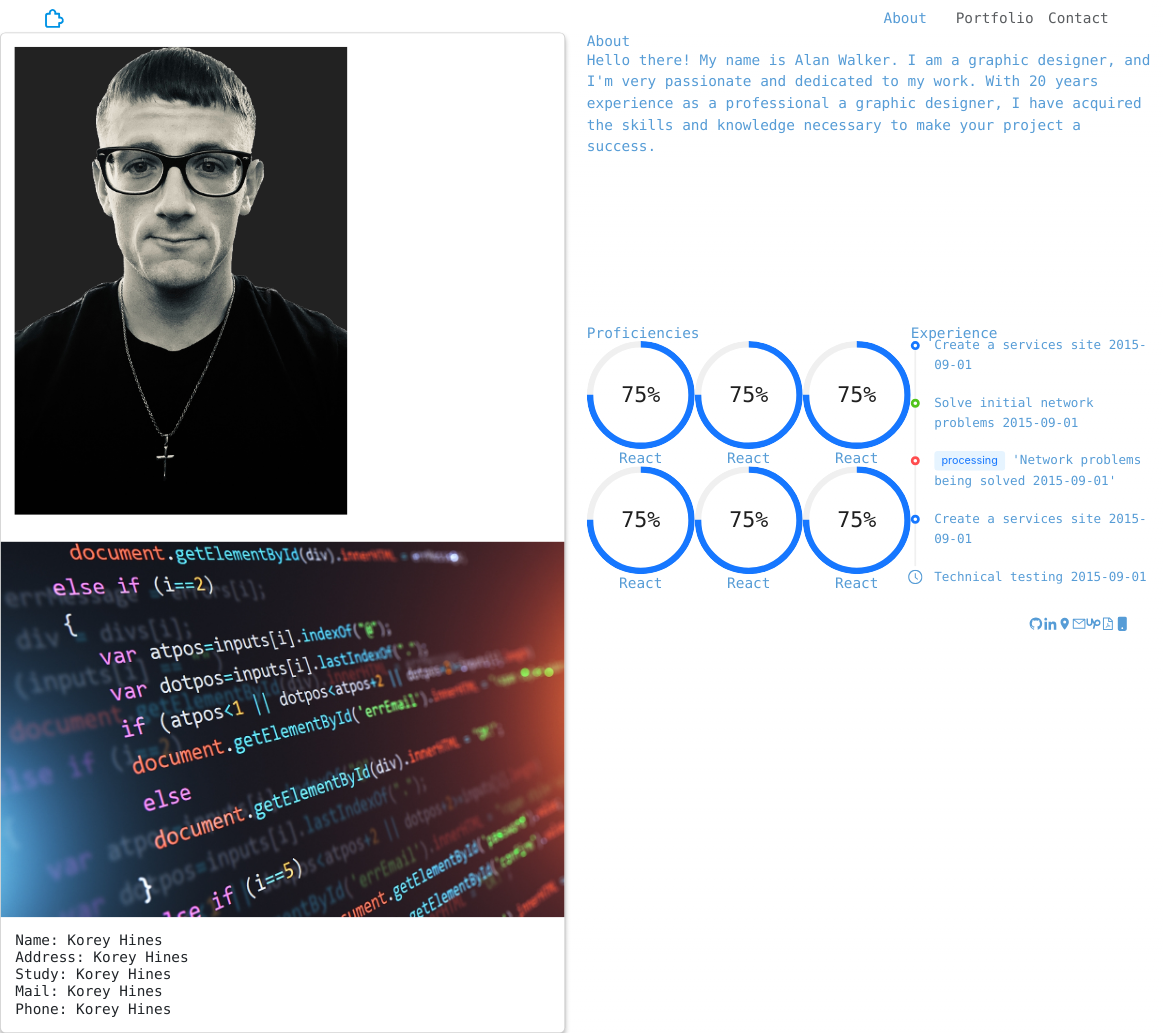
Repository: devkthines/next-portfolio-v2
Page: /about
The author's editor kept a copy of each file at every save. The page is drawn from the files as they stood at one save, then again after the next save.
The browser window is 1280 px wide. The page is 1292 px wide, so the pictures cover 1292 px, including what lies to the right of the window. The pictures show the whole page, at 90% of full size.
The project was rebuilt for these pictures with package versions that can differ from the ones it lists, and the page was loaded fresh each time. The framework's server and built-in components were replaced by stand-ins that run in the browser. Also part of the build but not shown: next.config.js.

Above is the page before, as saved 2023-09-25 21:25:48.

### src/app/layout.tsx
import 'bootstrap/dist/css/bootstrap.css';
import './globals.css'
import '../../css/style.css'
import '../../css/mobile.css'
import type { Metadata } from 'next'
import { Inter } from 'next/font/google'
import TopNav from './components/topNav'
import Footer from './components/footer'
import BottomNav from './components/bottomNav'
// Put any other imports below so that CSS from your
// components takes precedence over default styles.
const inter = Inter({ subsets: ['latin'] })

export const metadata: Metadata = {
  title: "&lt;Korey ❤️ Coding/&gt;",
  description: 'Generated by create next app',
  icons: '/puzzle-piece.svg'
}

export default function RootLayout({
  children,
}: {
  children: React.ReactNode
}) {
  return (
    <html lang="en">
      <head>
        <link rel="shortcut icon" href="/puzzle-piece.svg" type="image/x-icon" />
      </head>
      <body className={inter.className}>
        <TopNav />
        {children}
        <Footer />
        <BottomNav />
      </body>
    </html>
  )
}

### src/app/about/page.js
'use client'
import Container from 'react-bootstrap/Container';
import Row from 'react-bootstrap/Row';
import Col from 'react-bootstrap/Col';
import Button from 'react-bootstrap/Button';
import Card from 'react-bootstrap/Card';
import { Progress, Space } from 'antd';
import { ClockCircleOutlined } from '@ant-design/icons';
import { Timeline } from 'antd';
import Image from 'next/image';
import { Descriptions } from 'antd';
import { Divider, Tag } from 'antd'
import {CaretRightOutlined} from '@ant-design/icons'
const items = [
  {
    key: '1',
    label: 'Name',
    children: 'Zhou Maomao',
  },
  {
    key: '2',
    label: 'Telephone',
    children: '209-366-9363',
  },
  {
    key: '3',
    label: 'Study',
    children: 'Software Engineering',
  },
  {
    key: '4',
    label: 'email',
    children: 'dev.kthines@gmail.com',
  },
  {
    key: '5',
    label: 'Address',
    children: 'Lodi, CA',
  },
];




export default function About() {

  return (
    <div id='about'>
      {/* <div> */}
        <Row>
          <Col id=''>
            <Card id='aboutcard'>
            <div><Card.Img variant="top" id='aboutImg' src='/images/IMG-update.jpg' />
            <img src="/images/webstorm-vs-vscode.jpeg" alt="" /></div>
            <Card.Body>
              <h6>Name:  Korey Hines</h6>
              <h6>Address:  Korey Hines</h6>
              <h6>Study:  Korey Hines</h6>
              <h6>Mail:  Korey Hines</h6>
              <h6>Phone:  Korey Hines</h6>
            </Card.Body>
          </Card>
          </Col>
          <Col id='' className=''>
            <div id='abtTop' className='d-flex '><div>
              <h1>About</h1>
              <p>Hello there! My name is Alan Walker. I am
                a graphic designer, and I'm very passionate and dedicated to my work.
                With 20 years experience as a professional a graphic designer,
                I have acquired the skills and knowledge necessary to make your project a success.</p></div>
              <div className='d-flex'>
                {/* <Card className='interests'>
                  <Card.Img variant="top" className='interestImg' src='/images/IMG-update.jpg' />
                  <Card.Body>
                    <Card.Text>
                      Volunteering
                    </Card.Text>
                  </Card.Body>
                </Card>
                <Card className='interests' >
                  <Card.Img variant="top" className='interestImg' src='/images/IMG-update.jpg' />
                  <Card.Body>
                    <Card.Text>
                      All things CrossFit
                    </Card.Text>
                  </Card.Body>
                </Card> */}
              </div>
            </div>
            <div id='abtBtm' className='d-flex'>
            <div>
              <h1>Proficiencies</h1>
              <div className='d-flex'>
                <div className='text-center'><Progress strokeLinecap="butt" type="circle" percent={75} /><h6>React</h6></div>
                <div className='text-center'><Progress strokeLinecap="butt" type="circle" percent={75} /><h6>React</h6></div>
                <div className='text-center'><Progress strokeLinecap="butt" type="circle" percent={75} /><h6>React</h6></div>
              </div>
              <div className='d-flex'>
                <div className='text-center'><Progress strokeLinecap="butt" type="circle" percent={75} /><h6>React</h6></div>
                <div className='text-center'><Progress strokeLinecap="butt" type="circle" percent={75} /><h6>React</h6></div>
                <div className='text-center'><Progress strokeLinecap="butt" type="circle" percent={75} /><h6>React</h6></div>
              </div>
            </div>
            <div> <h1>Experience</h1>
              <Timeline
                // mode="alternate"
                items={[
                  {
                    children: 'Create a services site 2015-09-01',
                  },
                  {
                    children: 'Solve initial network problems 2015-09-01',
                    color: 'green',
                  },
                  {
                    color: 'red',
                    children: <><Tag bordered={false} color="processing">
                      processing
                    </Tag>'Network problems being solved 2015-09-01'</>,
                  },
                  {
                    children: 'Create a services site 2015-09-01',
                  },
                  {
                    dot: <ClockCircleOutlined style={{ fontSize: '16px' }} />,
                    children: 'Technical testing 2015-09-01',
                  },
                ]}
              />
            </div>
            </div>
          </Col>
        </Row>
      {/* </div> */}
    </div>
  )
}

### css/style.css
* {
    box-sizing: border-box;
    margin: 0;
    padding: 0;
    font-family: Consolas, "Courier New", monospace;
    /* background-color: #222222; */
    color: #569cd6;

}

body {
    background-color: white;
}

.infoSection {
    /* width: 80vw; */
    height: 90vh;
    /* display: flex; */
    /* justify-content: center; */
    /* margin-bottom: 20vh; */
    background-color: #222222;
    border-bottom: 3px solid #569cd6;
}

#infoCol {
    display: flex;
    justify-content: center;
}

.aboutSection {
    /* width: 80vw; */
    padding-top: 100px;
    /* height: 70vh; */
    background: linear-gradient(#222222, rgb(24, 24, 24));
}

#portrait {
    width: 40vw;
    height: 80vh;
    /* border-radius: 0 0 2rem 2rem; */
}

#portraitCol {
    display: flex;
    justify-content: center;
}

#portrait:hover {
    transform: rotateX(180deg);
}

.imgTest {
    margin: 10px;
}

.imgTest:active {
    flex-grow: 10000;
    transform: scale(1);

    max-width: 600px;
    margin: 0px;
    border-radius: 40px;

    background-size: auto 100%;
}

.tab-content {
    height: 100% !important;
    margin-left: 25% !important;
}

/* .color-change{
    background-color: greenyellow;
} */
.noShow {
    display: none;
}

.buttonShow {
    display: block;
}

#tile1 {
    width: 700px;
    height: 500px;
}

#experience {
    padding-top: 50px;
    height: auto;
}

main {
    display: flex;
    flex-direction: column;
    justify-content: center;
    align-items: center;
}

.middle {
    transition: .5s ease;
    opacity: 0;
    position: absolute;
    top: 50%;
    left: 50%;
    transform: translate(-50%, -50%);
    -ms-transform: translate(-50%, -50%);
    text-align: center;
}

#imageTile1 {
    position: relative;
    width: 40vw;
    height: 70vh;
}

#tile1 {
    width: 100%;
    height: 100%;
}

#imageTile1:hover #tile1 {
    opacity: 0.3;
}

#imageTile1:hover .middle {
    opacity: 1;
}

.text {
    background-color: #04AA6D;
    color: white;
    font-size: 16px;
    padding: 16px 32px;
}

#no-expand {
    display: none;

}

#expandIt {
    display: block;
}

.no-Display {
    display: none;
}

.okToDisplay {
    display: block;
}

a.nav-link {
    color: #569cd6;
}


#topNav {
    background-color: white;
    display: none;
    /* position: fixed; */
    /* top: 0; */
    width: 100%;
    height: 5vh;
}

#footer {
    display: flex;
    justify-content: space-between;
    padding: 0 25px;
}

#bottomNav {
    display: flex;
    position: fixed;
    bottom: 0;
    width: 100%;
    background-color: white;
    font-size: 16px;
}
#about{
    /* margin-top: 10vh; */
    height: 90vh;
    /* overflow: hidden; */
}

#aboutImg{
    width: 400px;
    /* height: ; */
    padding: 15px 15px 30px;
}
#aboutcard{
    box-shadow: 0 4px 6px rgba(0, 0, 0, .3);
    /* height: fit-content; */
    /* width: 400px; */

}
.interests{
    width: 200px;
    height: 300px;
}
.interestImg{
    width: 200px;
    height: 200px;
}
#abtTop{
    height: 45vh;
}
#abtBtm{
    height: 45vh;
}
#abtLeft{
    /* width: 25vw; */
}
#abtRight{
    /* width: 75vw; */
}

### css/mobile.css
@media screen and (min-width: 640px){

    /* background-color: green!important; */
    #portrait{
        width: 500px;
        height: 500px;
        /* border-radius: 0 0 2rem 2rem; */

    }

main{
    /* color: white!important; */
}
}
@media screen and (min-width: 768px){
#portraitCol{

    justify-content: start;
}
#infoCol{
    justify-content: end;
    /* text-align: end; */
}
}
@media screen and (min-width: 1024px){
    #portrait{
        width: 600px;
        height: 600px;
        /* border-radius: 0 0 2rem 2rem; */
    }
    #topNav{
        display:flex ;
    }
    #bottomNav{
        display: none;
    }
}
@media screen and (min-width: 1280px){

}
@media screen and (min-width: 1536px){

}

### src/app/components/topNav.js
'use client';
import Nav from 'react-bootstrap/Nav';
import Image from 'next/image';


export default function TopNav(){

    return(
        <header>
        {/* <Navbar id='topNav' className={`${color ? 'color-change' : ''}`} sticky='top' expand="lg" > */}

        <Nav id='topNav' variant="underline" defaultActiveKey="/home" className='d-flex justify-content-between'>
       <div className='ms-5'><Nav.Item>
          <Nav.Link href="/"><Image width={25} height={25} id='navbrand' src="/puzzle-piece.svg" alt="" /></Nav.Link>
        </Nav.Item></div>
        <div className='d-flex me-5'><Nav.Item className='px-3'>
          <Nav.Link href="/about">About</Nav.Link>
        </Nav.Item>
        <Nav.Item className='px-3'>
          <Nav.Link eventKey="disabled" disabled>
            Portfolio
          </Nav.Link>
        </Nav.Item>
        <Nav.Item>
          <Nav.Link eventKey="disabled" disabled>
            Contact
          </Nav.Link>
        </Nav.Item>
        </div>
      </Nav>
      </header>
    )
} ;

### src/app/components/footer.js
'use client'

import OverlayTrigger from 'react-bootstrap/OverlayTrigger';
import Card from 'react-bootstrap/Card';
import { AiFillGithub } from 'react-icons/ai';
import { GrLinkedinOption } from 'react-icons/gr';
import { MdVolunteerActivism } from 'react-icons/md';
import { IoLogoCss3 } from 'react-icons/io';
import { IoLogoJavascript } from 'react-icons/io';
import { CgGym } from 'react-icons/cg';
import { AiOutlineMail } from 'react-icons/ai';
import { AiOutlineFilePdf } from 'react-icons/ai';
import { BsFillPhoneFill } from 'react-icons/bs';
import { MdLocationOn } from 'react-icons/md';
import { SiUpwork } from 'react-icons/si';
// import PicOfMe from '/images/image_67220481.JPG'
import Container from 'react-bootstrap/Container';
import Row from 'react-bootstrap/Row';
import Col from 'react-bootstrap/Col';
import { useEffect } from 'react';
import Tooltip from 'react-bootstrap/Tooltip';
import $ from 'jquery'

 export default function Footer(){
    const btnName = {
        'gitHub': {
          'id': 1,
          "placement": "bottom",
          "info": "gitHub",
          "icon": <a href="https://github.com/devkthines" target='_blank'>
            <button className='quickLinks'><AiFillGithub /></button></a>
        },
        'linkedIn': {
          'id': 2,
          "placement": "bottom",
          "info": "linkedIn",
          "icon": <a href="https://www.linkedin.com/in/korey-hines-17b0a9263" target='_blank'><button className='quickLinks'><GrLinkedinOption />
          </button></a>
        },
        'gMaps': {
          'id': 3,
          "placement": "bottom",
          "info": "gMaps",
          "icon": <a href="https://goo.gl/maps/BovFkBEjUMQ6VBob9" target='_blank'>
            <button className='quickLinks'><MdLocationOn /></button></a>
        },
        'gMail': {
          'id': 4,
          "placement": "bottom",
          "info": "gMail",
          "icon": <a href="mailto:dev.kthines@gmail.com"><button className='quickLinks'><AiOutlineMail /></button></a>
        },
        'upWork': {
          'id': 5,
          "placement": "bottom",
          "info": "upWork",
          "icon": <a href="https://www.upwork.com/freelancers/~01ae4feb16c6fa7213?viewMode=1" target='_blank'>
            <button className='quickLinks'><SiUpwork /></button></a>
        },
        'redPDF': {
          'id': 6,
          "placement": "bottom",
          "info": "resume",
          "icon": <a className='aLink' target="_blank" href="/files/hinesResume.pdf">
            <button className='quickLinks'><AiOutlineFilePdf /></button></a>
        },
        'phone': {
          'id': 7,
          "placement": "bottom",
          "info": "phone",
          "icon": <a href="tel:2093669363" >  <button className='quickLinks'><BsFillPhoneFill /></button></a>
        }
      }
    return(
        <>
        <footer id='footer'><p>Copyright 2023- Korey Hines</p>
       <div> {Object.entries(btnName).map(([k, v]) => (
                <div className='d-inline-block' key={v.id}>
                  <OverlayTrigger
                    trigger="hover"
                    key={v.id}
                    placement={v.placement}
                    overlay={

                      <Tooltip id={`tooltip-${v.placement}`}>
                        {v.info}
                      </Tooltip>
                    }
                  >
                    {v.icon}
                  </OverlayTrigger>
                </div>))}
</div>
        </footer>
        </>
    )
 }

### src/app/components/bottomNav.js
'use client'
import Nav from 'react-bootstrap/Nav';
import Image from 'next/image';
export default function BottomNav(){

    return(
        <>
        <Nav id='bottomNav' className="justify-content-center" activeKey="/home">
        <Nav.Item>
          <Nav.Link href="/"><Image width={25} height={25} id='navbrand' src="/puzzle-piece.svg" alt="" /></Nav.Link>
        </Nav.Item>
        <Nav.Item>
          <Nav.Link eventKey="link-1">About</Nav.Link>
        </Nav.Item>
        <Nav.Item>
          <Nav.Link eventKey="link-2">Portfolio</Nav.Link>
        </Nav.Item>
        <Nav.Item>
          <Nav.Link eventKey="disabled" disabled>
            Contact
          </Nav.Link>
        </Nav.Item>
      </Nav>
        </>
    )
}

Loaded but not shown: src/app/globals.css (common file); tailwind.config.ts (common file)

After the next save:
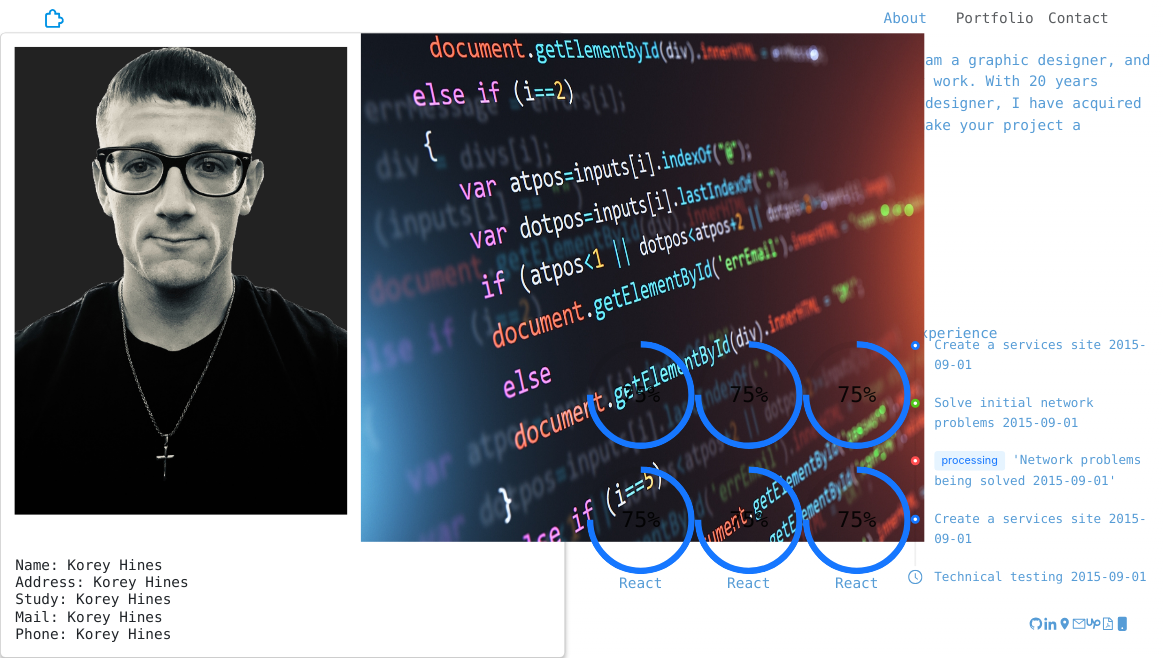
Saved 8 s later.
--- a/src/app/about/page.js
+++ b/src/app/about/page.js
@@ -50,7 +50,7 @@ export default function About() {
         <Row>
           <Col id=''>
             <Card id='aboutcard'>
-            <div><Card.Img variant="top" id='aboutImg' src='/images/IMG-update.jpg' />
+            <div className='d-flex'><Card.Img variant="top" id='aboutImg' src='/images/IMG-update.jpg' />
             <img src="/images/webstorm-vs-vscode.jpeg" alt="" /></div>
             <Card.Body>
               <h6>Name:  Korey Hines</h6>
